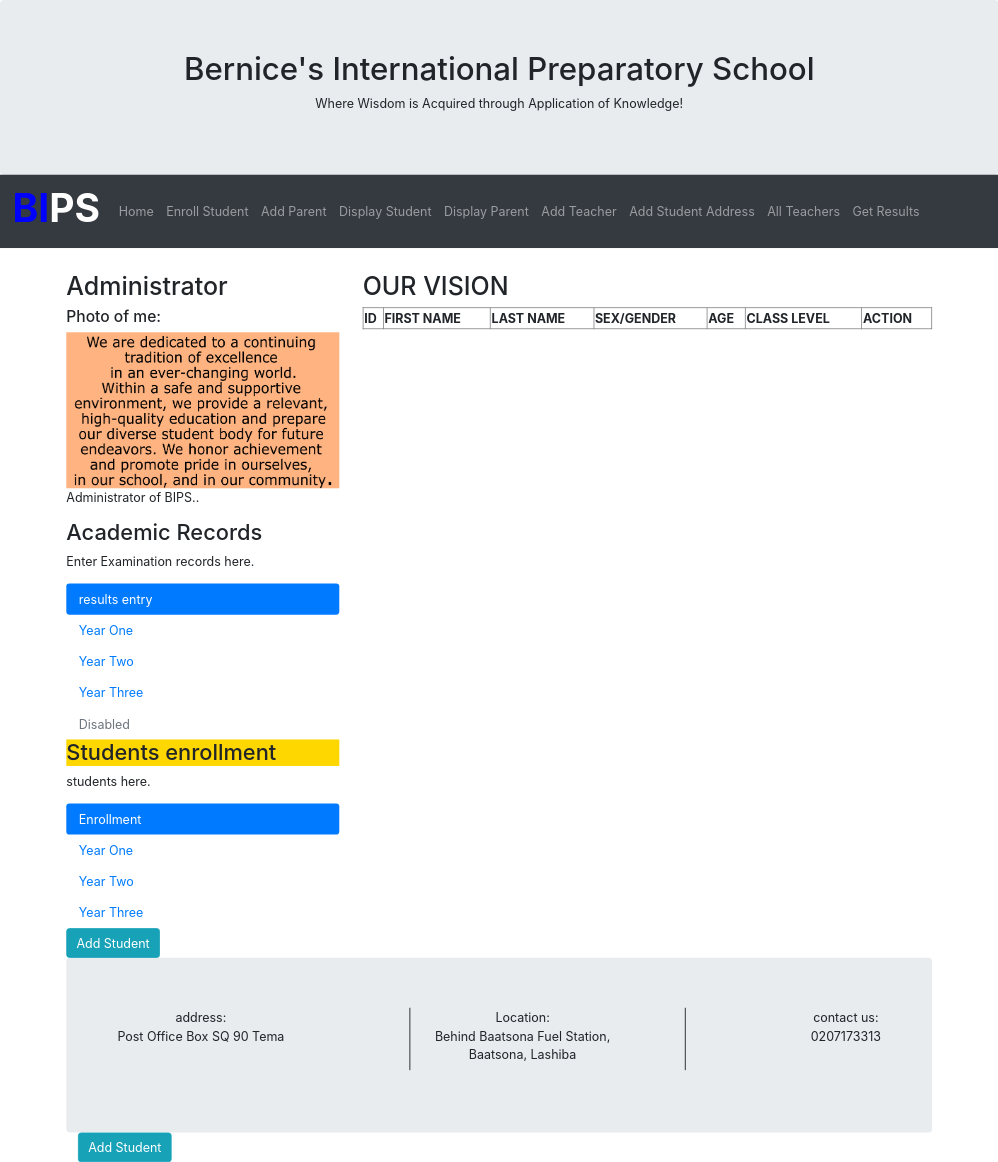
Repository: joseackah/eclipse-workspace
Page: http://localhost/com.school.mgt.system.Front.End/WEB-INF/views/adminHomePageExample2.jsp
The author's editor kept a copy of each file at every save. The page is drawn from the files as they stood at one save, then again after the next save.
The browser window is 1280 px wide. The pictures show the whole page, at 78% of full size.
The page is served by Tomcat 9. Nobody is signed in. The template is opened directly, without the code that normally fills it, so the values that code supplies are empty.

Above is the page before, as saved 2021-08-15 23:31:32.

After the next save:
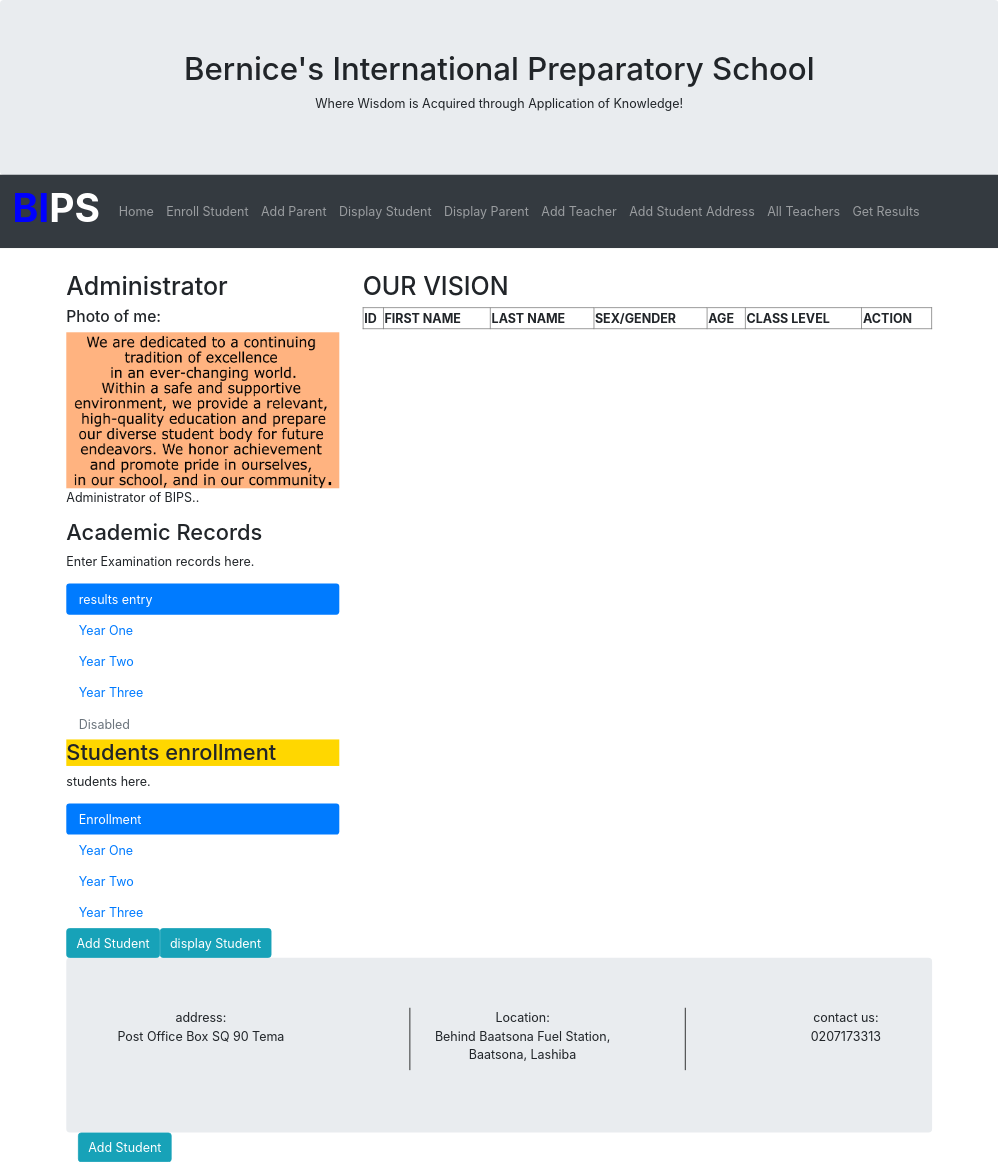
Saved 9 min 12 s later.
--- a/com.school.mgt.system.Front.End/src/main/webapp/WEB-INF/views/adminHomePageExample2.jsp
+++ b/com.school.mgt.system.Front.End/src/main/webapp/WEB-INF/views/adminHomePageExample2.jsp
@@ -120,6 +120,10 @@
 						<!-- <a class="nav-link disabled" href="#">Disabled</a> -->
 						<button type="button" class="btn btn-info float-left"
 							data-toggle="modal" data-target="#myModal">Add Student</button>
+
+
+							<button type="button" class="btn btn-info float-left"
+			data-toggle="modal" data-target="#testTable">display Student</button>
 					</li>
 				</ul>
 				<hr class="d-sm-none">
@@ -127,7 +131,7 @@
 			</div>
 
 			<!-- mission start here -->
-			<div class="col-lg-8">
+			<div class="col-lg-8" id=testTeable >
 				<h2>OUR VISION</h2>
 
 				<table border="1" id="name" style="width: 100%;">
